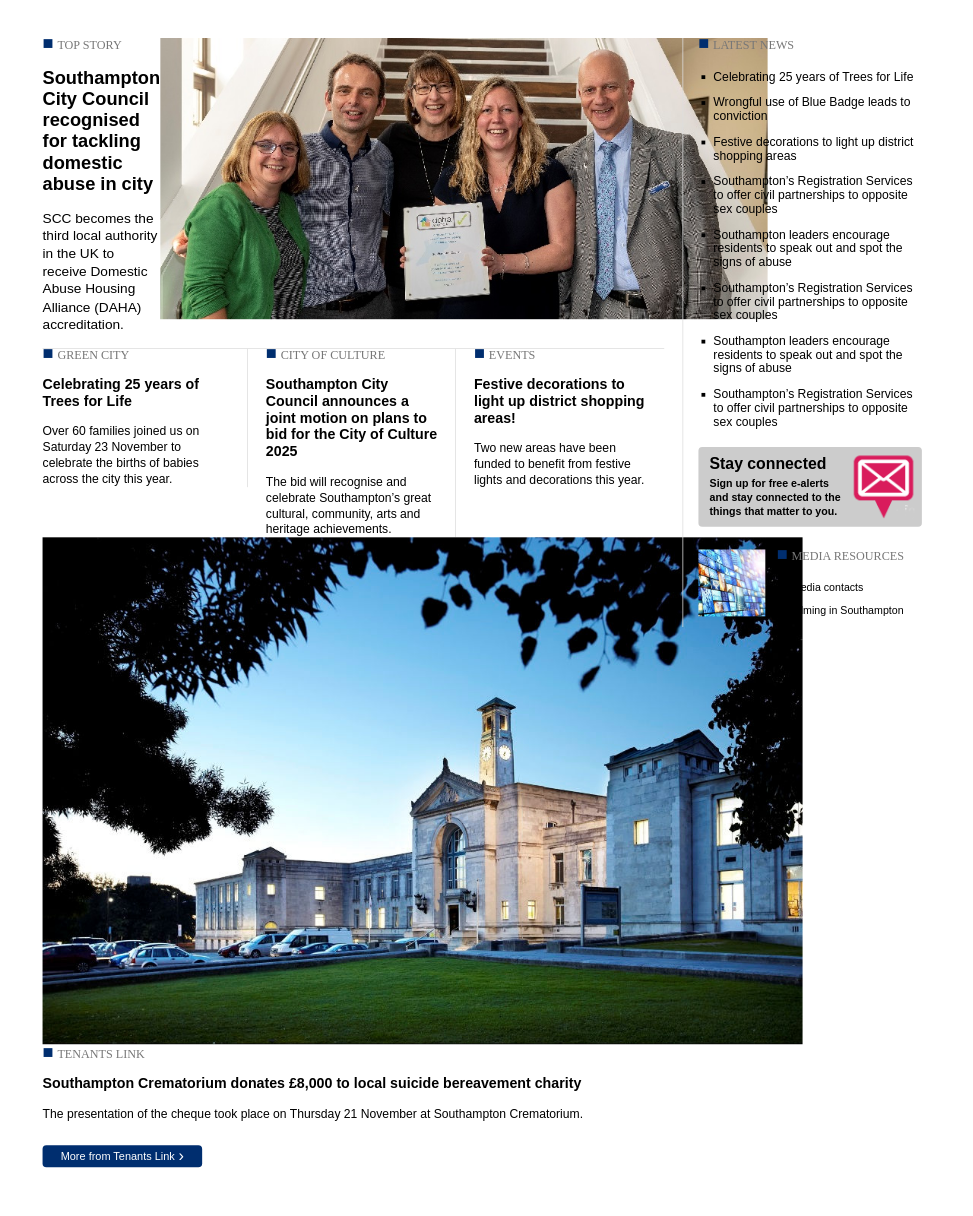
Repository: Domehead123/newspage
Page: news.html
The author's editor kept a record of every edit. The page is drawn from the files as they stood at one moment, then again after the next edit.
The browser window is 1280 px wide. The pictures show the whole page, at 76% of full size.
Some web libraries are served in a nearby version.

Above is the page before.

After the next edit:
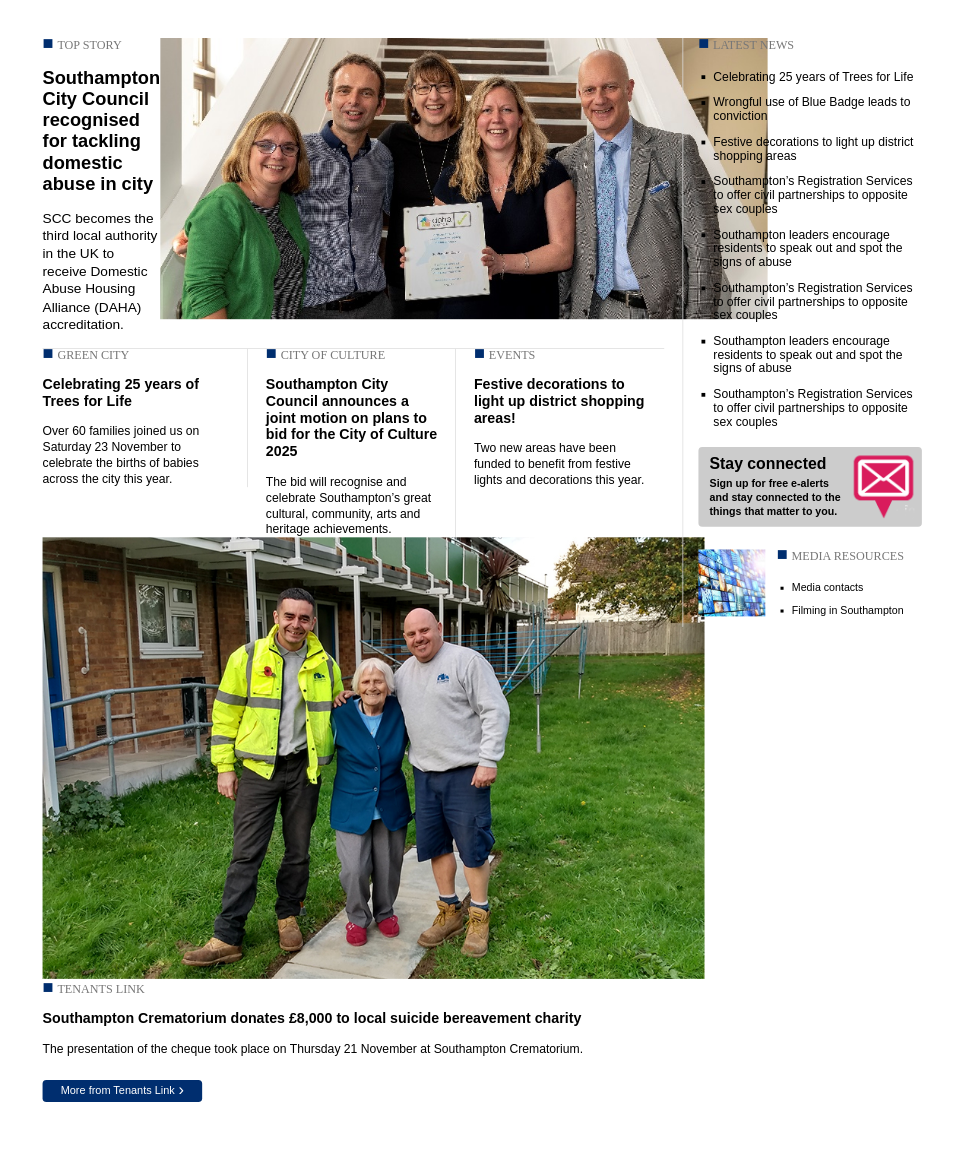
The edit:
--- a/news.html
+++ b/news.html
@@ -67,7 +67,7 @@
 
             <div class="row">
                 <div class="lower-image">
-                    <a href="#"><img src="images/civic-centre-2.jpg"></a>
+                    <a href="#"><img src="images/tenants.jpg"></a>
                 </div>
                 <div class="tenants-container">
                     <div class="tenants">
